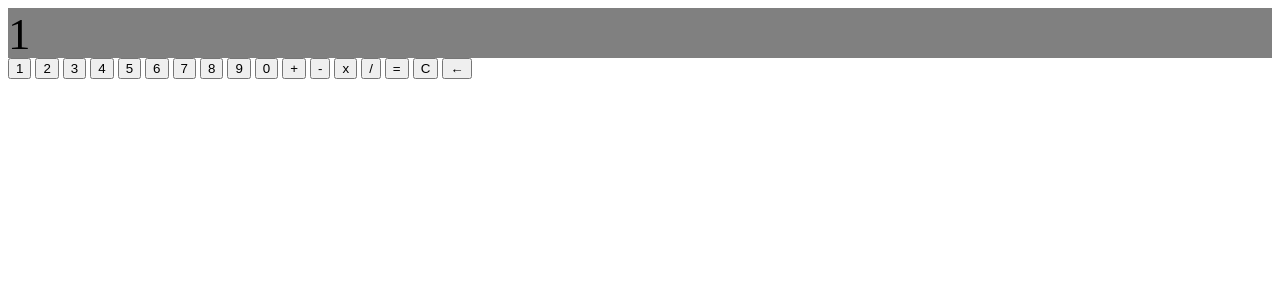
Repository: TEazy2433/LAB-calculator
Page: index.html
The author's editor kept a copy of each file at every save. The page is drawn from the files as they stood at one save, then again after the next save.
The browser window is 1280 px wide. The pictures show the whole page.

Above is the page before, as saved 2023-10-14 09:25:40.

### index.html
<!DOCTYPE html>
<html lang="en">
<head>
  <meta charset="UTF-8">
  <meta name="viewport" content="width=device-width, initial-scale=1.0">
  <title>calculator</title>
  <link rel="stylesheet" href="main.css">
</head>
<body>

  <div class="calculator">
    <div class="display">1</div>
    <div class="buttons">
      <button class="key">1</button>
      <button class="key">2</button>
      <button class="key">3</button>
      <button class="key">4</button>
      <button class="key">5</button>
      <button class="key">6</button>
      <button class="key">7</button>
      <button class="key">8</button>
      <button class="key">9</button>
      <button class="zero">0</button>
      <button class="operator">+</button>
      <button class="operator">-</button>
      <button class="operator">x</button>
      <button class="operator">/</button>
      <button class="operator">=</button>
      <button class="clear">C</button>
      <button class="Arrow">&#8592;</button>



    </div>
  </div>


</body>
</html>

### main.css
.calculator{
  background: white;
}

.display{
  width: 100%;
  height: 50px;
  background-color: gray;
  font-size: 45px;
  font
  justify-content: flex-end;

}
.buttons{

After the next save:
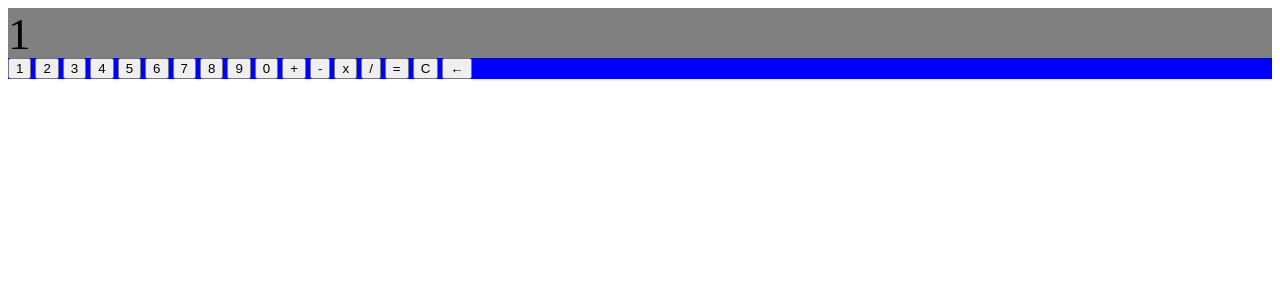
Saved 20 s later.
--- a/main.css
+++ b/main.css
@@ -1,5 +1,5 @@
 .calculator{
-  background: white;
+  background: blue;
 }
 
 .display{
